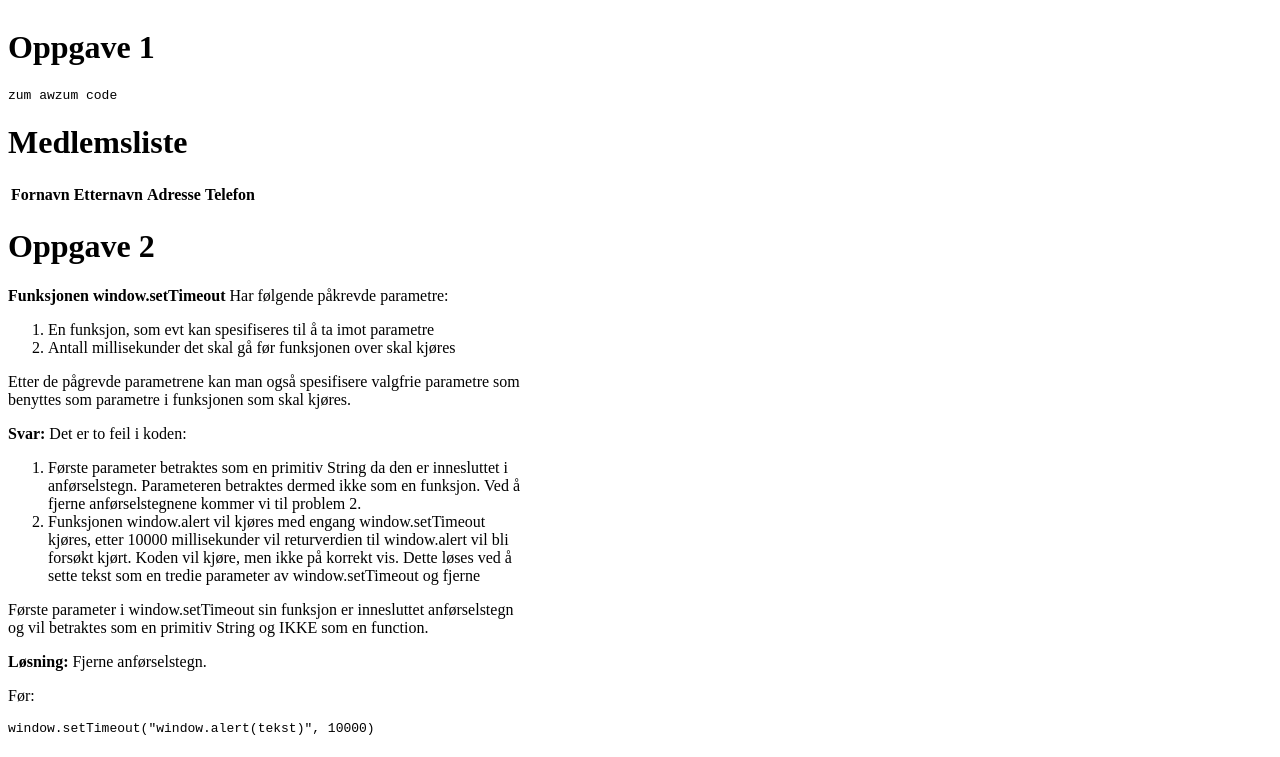
Repository: superdids/DAT152
Page: Oblig1/WebContent/index.html
The author's editor kept a copy of each file at every save. The page is drawn from the files as they stood at one save, then again after the next save.
The browser window is 1280 px wide. The pictures show the whole page.

Above is the page before, as saved 2015-09-05 21:57:54.

### Oblig1/WebContent/index.html
<!DOCTYPE html>
<html>
<head>
<meta charset="UTF-8">
<script type="text/javascript" src="js/fil.js"></script>
<link href="css/style.css" rel="stylesheet" type="text/css" />
<title>Obligatorisk innlevering 1</title>
</head>
<body>

<h1>Oppgave 1</h1>

	<pre>zum awzum code</pre>
	<h1>Medlemsliste</h1>
	<table>
		<tr>
			<th>Fornavn</th>
			<th>Etternavn</th>
			<th>Adresse</th>
			<th>Telefon</th>
			<th></th>
			<th></th>
		</tr>
	</table>

<h1>Oppgave 2</h1>
<p><b>Funksjonen window.setTimeout </b>Har følgende påkrevde parametre:</p>
<ol>
<li>En funksjon, som evt kan spesifiseres til å ta imot parametre</li>
<li>Antall millisekunder det skal gå før funksjonen over skal kjøres</li>
</ol>

<p>Etter de pågrevde parametrene kan man også spesifisere valgfrie parametre
som benyttes som parametre i funksjonen som skal kjøres.</p>

<p><b>Svar: </b>Det er to feil i koden: </p>
<ol>
<li>Første parameter betraktes som en primitiv String da den er innesluttet
i anførselstegn. Parameteren betraktes dermed ikke som en funksjon. Ved å
fjerne anførselstegnene kommer vi til problem 2.</li>
<li>Funksjonen window.alert vil kjøres med engang window.setTimeout kjøres,
etter 10000 millisekunder vil returverdien til window.alert
vil bli forsøkt kjørt. Koden vil kjøre, men ikke på korrekt vis.
Dette løses ved å sette tekst som en tredie parameter av window.setTimeout
og fjerne </li>
</ol>

Første parameter i window.setTimeout sin funksjon er innesluttet
anførselstegn og vil betraktes som en primitiv String og IKKE som en function.

<p><b>Løsning: </b>Fjerne anførselstegn.
<p>Før: </p>
<pre>window.setTimeout("window.alert(tekst)", 10000)</pre>

</body>
</html>

### Oblig1/WebContent/js/fil.js
"use strict";

(function() {
	var lastet = function() {
		function forsinketUtskrift(tekst) {
			window.setTimeout(window.alert, 1000, tekst);
		}
		forsinketUtskrift("En liten utskrift");
	}

	window.addEventListener('load', lastet, false);
})();

### Oblig1/WebContent/css/style.css
body {
	width: 40%;
	float: left;
}

After the next save:
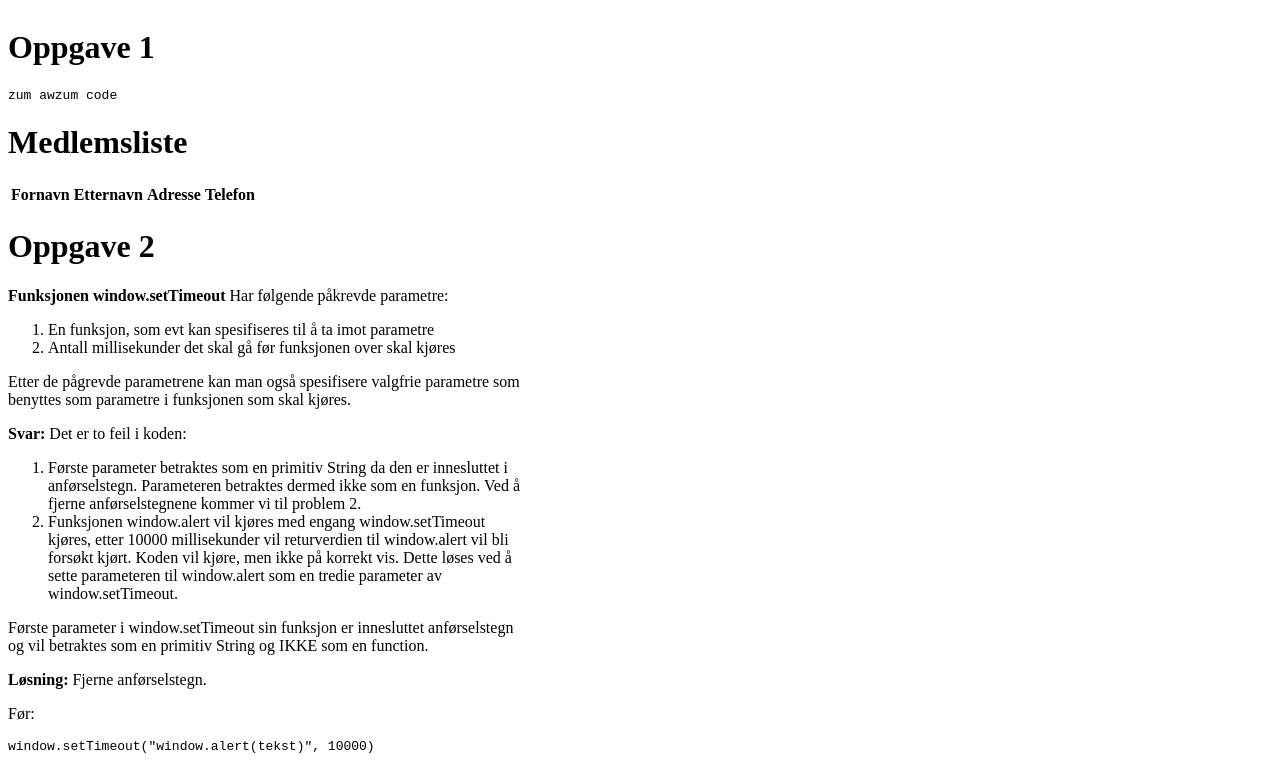
Saved 67 s later.
--- a/Oblig1/WebContent/index.html
+++ b/Oblig1/WebContent/index.html
@@ -41,8 +41,8 @@ fjerne anførselstegnene kommer vi til problem 2.</li>
 <li>Funksjonen window.alert vil kjøres med engang window.setTimeout kjøres,
 etter 10000 millisekunder vil returverdien til window.alert
 vil bli forsøkt kjørt. Koden vil kjøre, men ikke på korrekt vis.
-Dette løses ved å sette tekst som en tredie parameter av window.setTimeout
-og fjerne </li>
+Dette løses ved å sette parameteren til window.alert som en tredie parameter
+av window.setTimeout. </li>
 </ol>
 
 Første parameter i window.setTimeout sin funksjon er innesluttet
